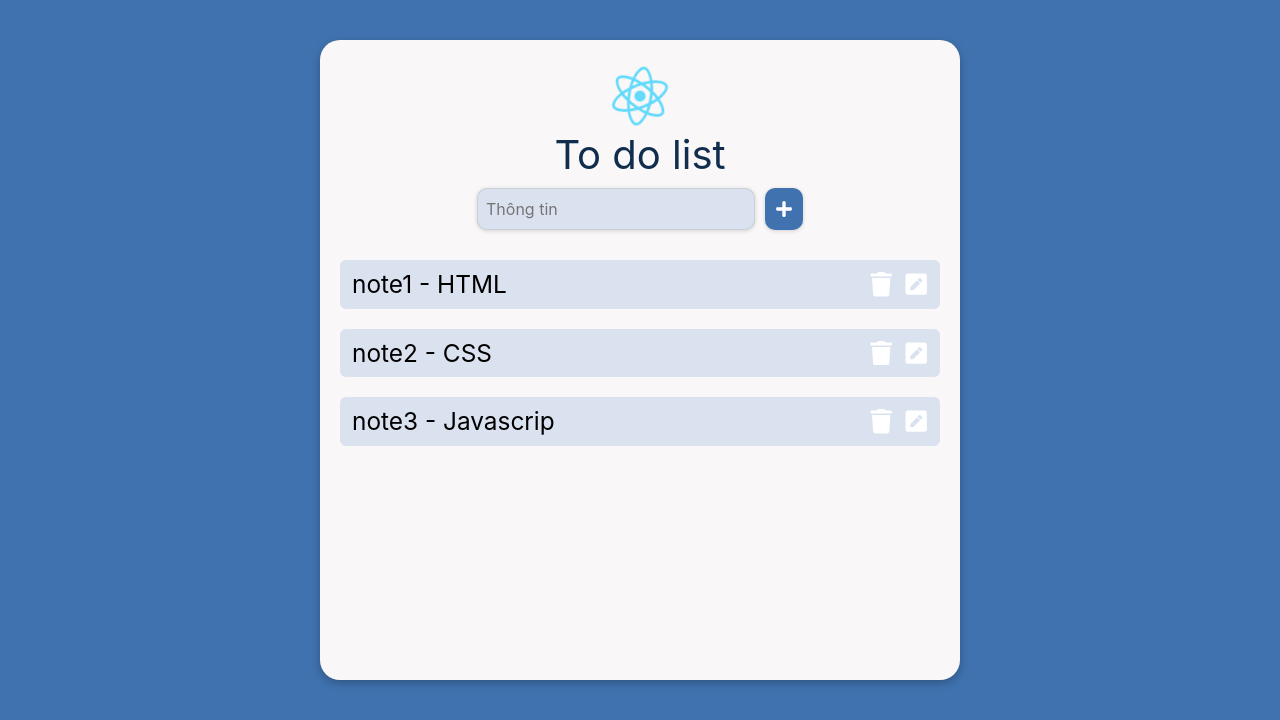
Repository: nguyennam1029/Reactjs-Hoi-Dan-It-1
Page: /About
These files come from the project's save history. The page is drawn as it stood at one moment and after the next save; the edit follows.
The browser window is 1280 px wide. The pictures show the whole page.
The project was rebuilt for these pictures with package versions that can differ from the ones it lists, and the page was loaded fresh each time.

Above is the page before, as saved 2022-06-16 10:53:50.

### src/index.js
import React from 'react';
import ReactDOM from 'react-dom';
import './styles/global.scss';
import App from './views/App';
import reportWebVitals from './reportWebVitals';

// const root = ReactDOM.createRoot(document.getElementById('root'));
ReactDOM.render(
  <React.StrictMode>
    <App />
  </React.StrictMode>,
  document.getElementById('root')
);

// If you want to start measuring performance in your app, pass a function
// to log results (for example: reportWebVitals(console.log))
// or send to an analytics endpoint. Learn more: https://bit.ly/CRA-vitals
reportWebVitals();

### src/views/App.js
import logo from './logo.svg';
import './todoApp/style.scss';
// import MyComponent from './example/myComponent.js';
import ListTodo from './todoApp/listTodo';
function App() {
  return (
    <div className="App">
      <header className="App-header">
        {/* <MyComponent> </MyComponent> */}
        <div className='wrapper'>
          <img src={logo} className="App-logo" alt="logo" />
          <h2 className='header-title'>To do list</h2>
          <ListTodo />
        </div>
      </header>
    </div>
  );
}

export default App;

### src/views/todoApp/style.scss
*,
*::before,
*::after {
  box-sizing: border-box;
}
* {
  margin: 0;
  padding: 0;
}

html,
body {
  height: 100%;
}
body {
  line-height: 1.5;
  color: #000;
}

img,
picture,
video,
canvas,
svg {
  display: block;
  max-width: 100%;
}
input,
button,
textarea,
select {
  font: inherit;
  outline: none;
}
p,
h1,
h2,
h3,
h4,
h5,
h6 {
  overflow-wrap: break-word;
}
.App-logo {
    height: 10vmin;
    pointer-events: none;
}
@media (prefers-reduced-motion: no-preference) {
    .App-logo {
        animation: App-logo-spin infinite 20s linear;
    }
}
@keyframes App-logo-spin {
    from {
        transform: rotate(0deg);
    }

    to {
        transform: rotate(360deg);
    }
}

.App-header {
    background-color: #3F72AF;
    height: 100vh;
    display: flex;
    padding: 40px 0;
    justify-content: center;
    font-size: calc(10px + 2vmin);
    color: white;

    .wrapper {
        display: flex;
        align-items: center;
        flex-direction: column;
        width: 640px;
        background: #F9F7F7;
        box-shadow: 0px 3px 8px rgba(0, 0, 0, 0.25);
        border-radius: 20px;
        padding: 20px;
        .header-title {

                font-weight: 400;
                font-size: 40px;
                line-height: 46px;
                color: #112D4E;
            }
        .form {
            display: flex;
            justify-content: center;
            align-items: center;
            margin: 10px 0;
            .form-input {
                    font-size: 16px;
                    background: #DBE2EF;
                    border: 1px solid rgba(177, 177, 177, 0.4);
                    border-radius :10px;
                    padding: 8px 20px 8px 8px;
                    box-shadow: rgba(0, 0, 0, 0.16) 0px 1px 4px;
                    -webkit-border-radius:10px;
                    -moz-border-radius:10px;
                    -ms-border-radius:10px;
                    -o-border-radius:10px;
            }
            .form-btn {
                font-size: 18px;
                cursor: pointer;
                display: flex;
                justify-content: center;
                align-items: center;
                background-color: #3F72AF;
                height: 100%;
                padding: 0 10px;
                margin-left: 10px;
                border-radius: 10px;
                -webkit-border-radius: 10px;
                -moz-border-radius: 10px;
                -ms-border-radius: 10px;
                -o-border-radius: 10px;
                box-shadow: rgba(0, 0, 0, 0.16) 0px 1px 4px;
            }
        }
        .form-content {
            width: 100%;
          .form-item {
            display: flex;
            justify-content: space-between;
            align-items: center;
            padding: 6px 12px;
            margin-top: 20px;
            background-color: #DBE2EF;
            width: 100%;
            border-radius: 6px;
            -webkit-border-radius: 6px;
            -moz-border-radius: 6px;
            -ms-border-radius: 6px;
            -o-border-radius: 6px;
            .title {
              color: #000;
              flex: 1;
            }
            .item-icon {
              display: flex;
              justify-content: center;
              align-items: center;
              .icon {
                margin-left: 10px;
              }
            }


          }
        }
    }
}

### src/views/todoApp/listTodo.js
import React from 'react';
//import fontAwesome
import {FaTrash, FaPenSquare, FaPlus} from 'react-icons/fa';

class ListTodo extends React.Component {
    state = {
        listTodos : [
            {id: 'note1', title: 'HTML'},
            {id: 'note2', title: 'CSS'},
            {id: 'note3', title: 'Javascrip'},
        ]
    }
    //-HANDLE-ADD-TODO

    render() {
        let {listTodos} = this.state;
        return (
        <>
            <div className='form'>
                <input className = 'form-input' type='text' placeholder='Thông tin'/>
                <botton className = 'form-btn'
                    onclick={(e)=> this.handleAddTodo(e)}
                >
                    <FaPlus/>
                </botton>
            </div>
            <div className='form-content'>
                {listTodos && listTodos.length > 0 &&
                    listTodos.map((item, index) => {
                        return (
                            <div className='form-item' key={item.id}>
                                <p className='title'>
                                    {item.id} - {item.title}
                                </p>
                                <div className='item-icon'>
                                    <span className='icon'><FaTrash /></span>
                                    <span className='icon'><FaPenSquare /></span>
                                </div>
                            </div>
                        )
                    })

                }
            </div>
        </>
        )
    }

}
export default ListTodo;

Loaded but not shown: public/index.html (common file); src/styles/global.scss (common file); src/reportWebVitals.js (common file)

After the next save:
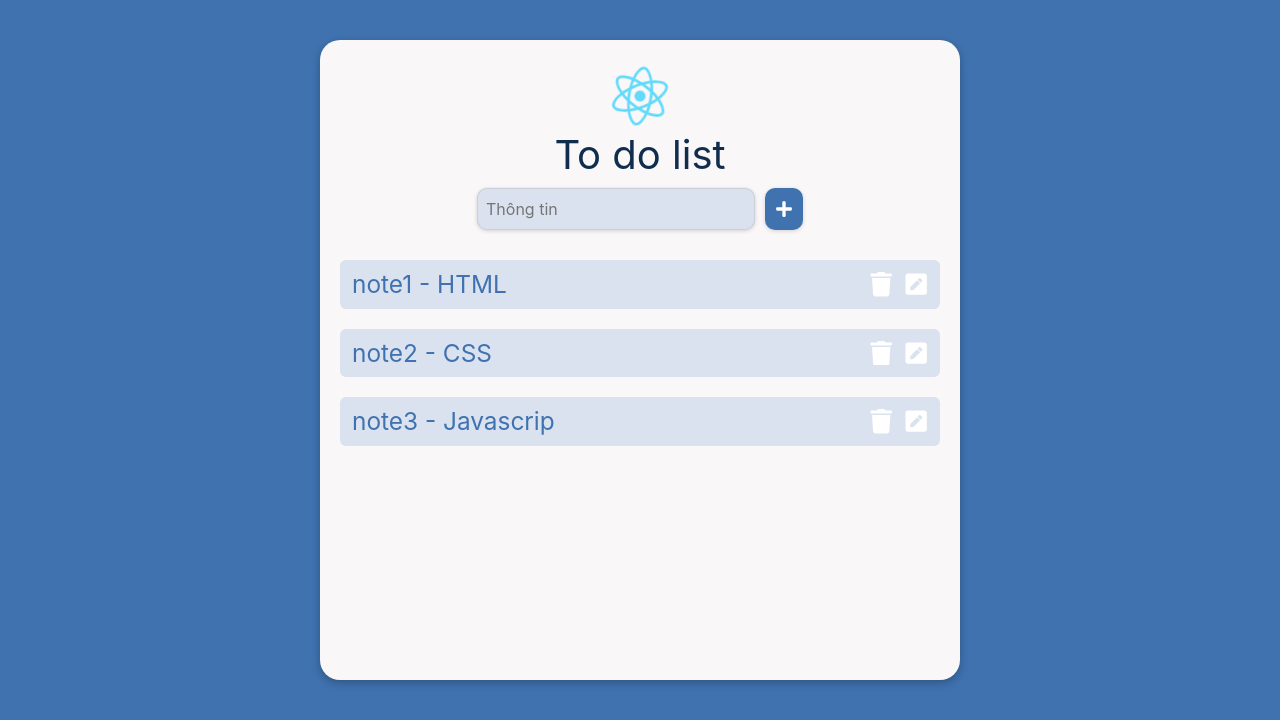
Saved 9 s later.
--- a/src/views/todoApp/style.scss
+++ b/src/views/todoApp/style.scss
@@ -136,7 +136,7 @@
             -ms-border-radius: 6px;
             -o-border-radius: 6px;
             .title {
-              color: #000;
+              color: #3F72AF;
               flex: 1;
             }
             .item-icon {
